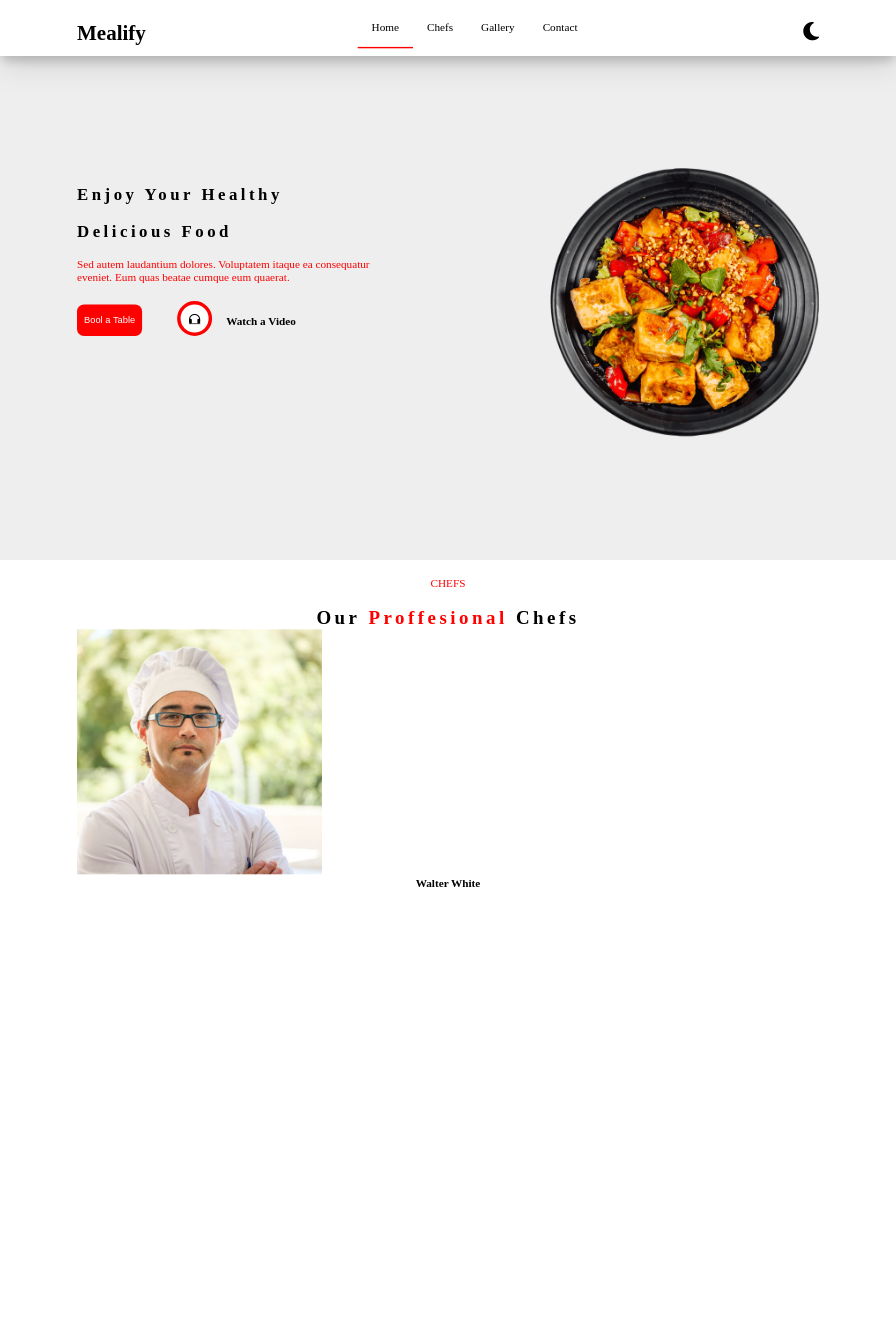
Repository: Ahmedalid/New-project
Page: Rout/index.html
The author's editor kept a copy of each file at every save. The page is drawn from the files as they stood at one save, then again after a run of saves.
The browser window is 1280 px wide. The pictures show the part of the page from y = 0 to 1920 px (the page is 5000 px tall), at 70% of full size.

Above is the page before, as saved 2023-06-04 20:02:00.

After the next 2 saves:
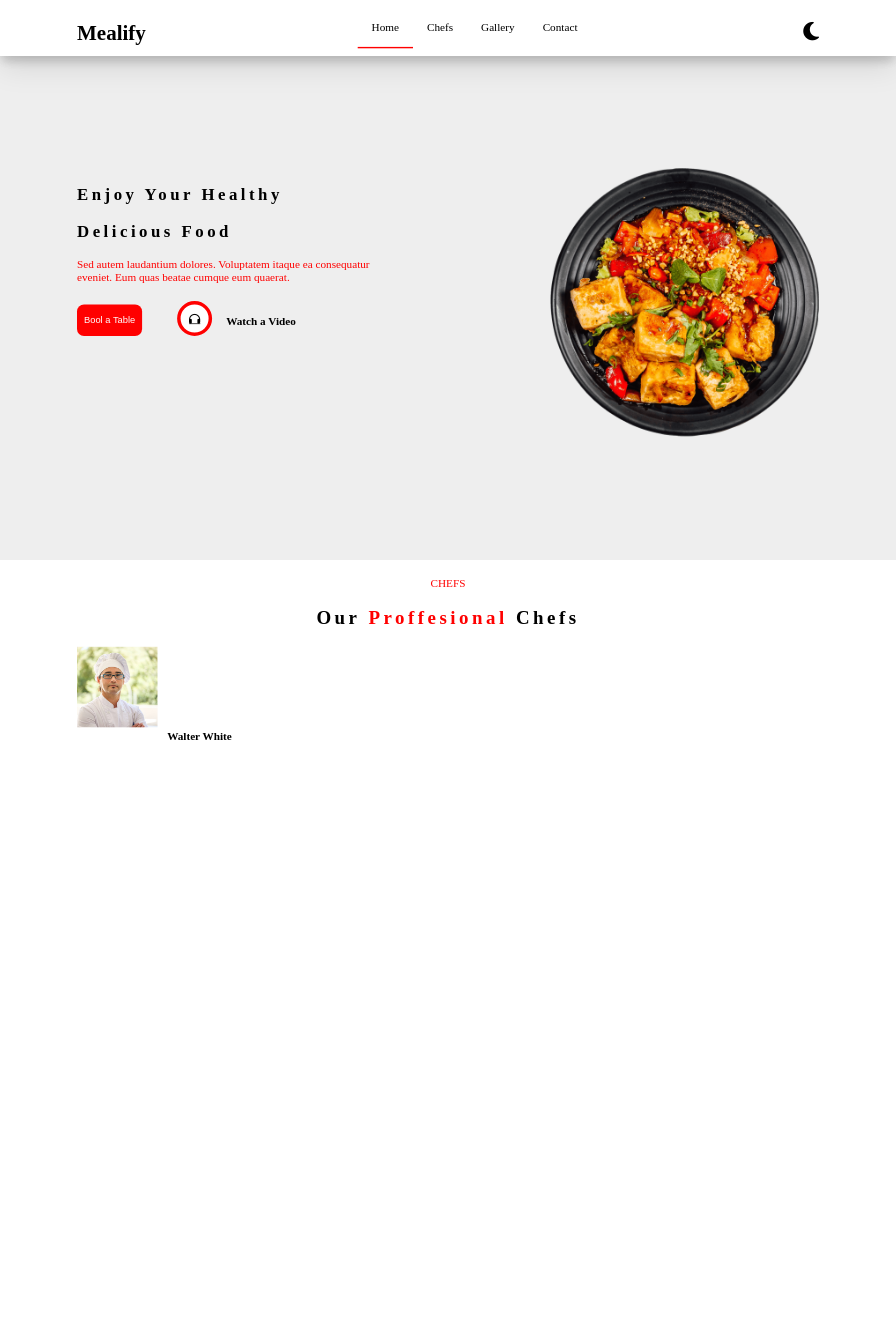
The 2 saves are shown as one change because they came seconds apart.
The last was saved 86 s later.
--- a/Rout/css/style.css
+++ b/Rout/css/style.css
@@ -136,7 +136,7 @@ img{
 }
 .card-img{
     width: 33%;
-    display: inline;
+    display: inline-block;
 }
 .card-img img{
     width: 33%;
